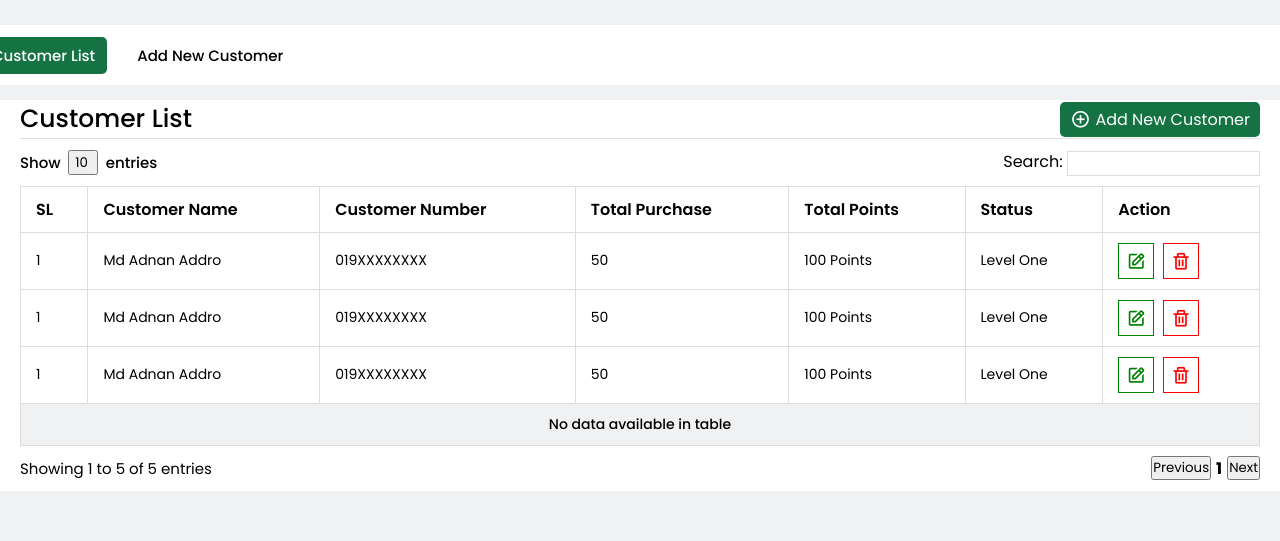
Repository: codebyaddro/customer-page
Page: customer.html
These files come from the project's save history. The page is drawn as it stood at one moment and after a run of saves; the edit follows.
The browser window is 1280 px wide. The pictures show the whole page.

Above is the page before, as saved 2025-02-20 14:26:47.

After the next 2 saves:
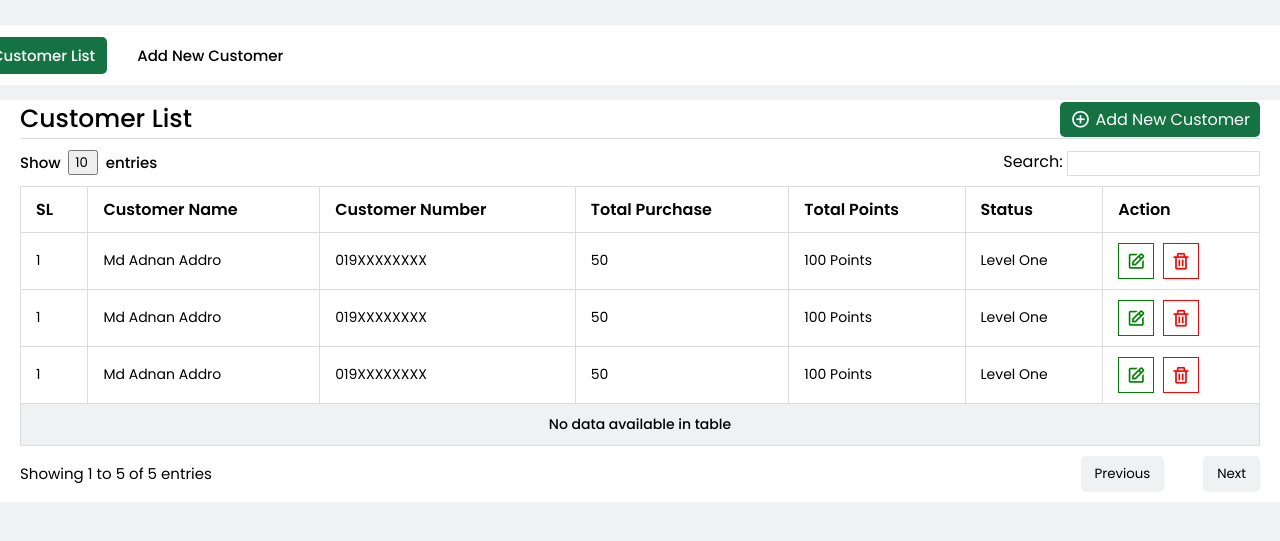
The 2 saves are shown as one change because they came seconds apart.
The last was saved 3 s later.
--- a/css/customer.css
+++ b/css/customer.css
@@ -305,7 +305,7 @@ tbody tr:hover {
     align-items: center;
 }
 
-.list-page-btn button {
+.cba-cusc-list-page-btn button {
     color: var(--light-black);
     background-color: var(--gray-white);
     padding: 8px 14px;
@@ -314,7 +314,7 @@ tbody tr:hover {
     cursor: pointer;
 }
 
-.list-page-btn h4 {
+.cba-cusc-list-page-btn h4 {
     color: var(--white);
     background-color: var(--main-light);
     font-size: 15px;
